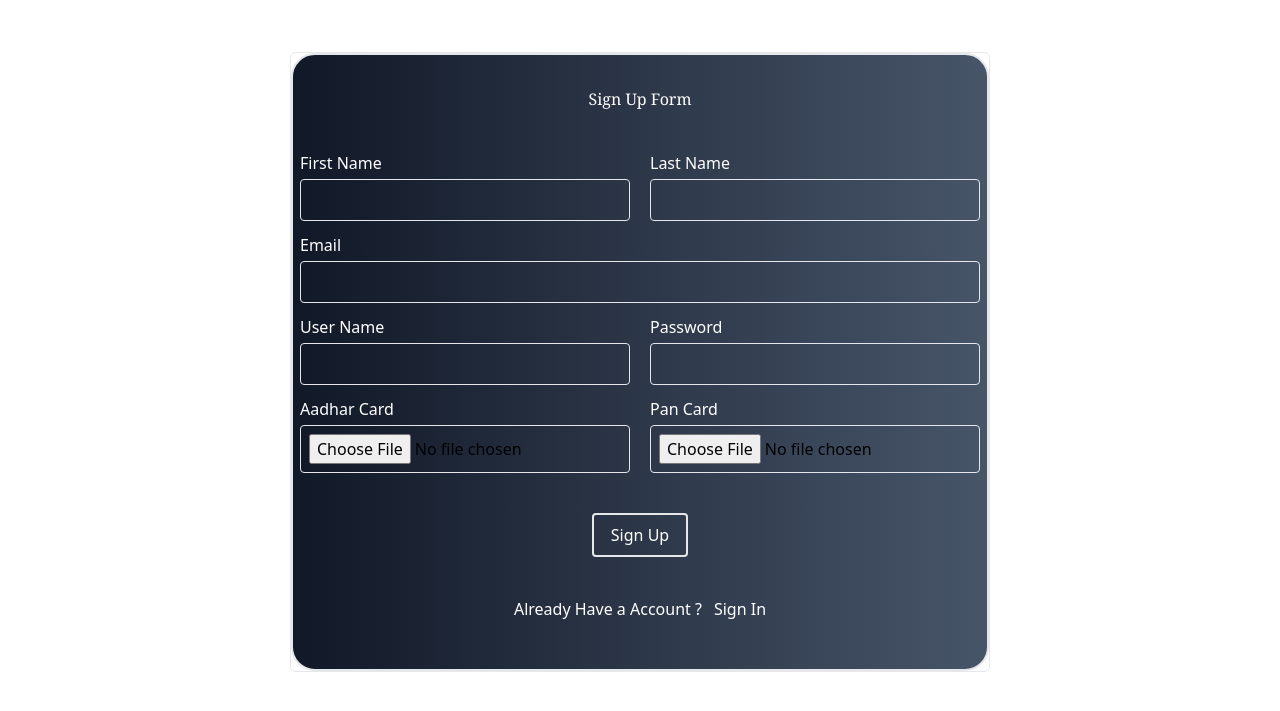
Repository: OmkarTidke8080/Assessment
Page: /sign-in (app in frontend/)
These files come from the project's save history. The page is drawn as it stood at one moment and after the next save; the edit follows.
The browser window is 1280 px wide. The pictures show the whole page.
The project was rebuilt for these pictures with package versions that can differ from the ones it lists, and the page was loaded fresh each time. Also part of the build but not shown: frontend/vite.config.js, frontend/src/components/HomePage.jsx.

Above is the page before, as saved 2024-10-19 18:52:34.

### frontend/src/App.jsx
import { useEffect, useState } from "react";
import "./App.css";
import LandingPage from "./components/HomePage.jsx";
import SignUp from "./components/SignUp.jsx";
import { BrowserRouter, Routes, Route } from "react-router-dom";
import ScaleLoader from "react-spinners/ScaleLoader";

function App() {
  const [isLoading, setIsLoading] = useState(true);

  useEffect(() => {
    const timer = setTimeout(() => {
      setIsLoading(false);
    }, 2000);

    return () => clearTimeout(timer);
  });
  return (
    <>
      {isLoading ? (
        <div
          style={{
            display: "flex",
            justifyContent: "center",
            alignItems: "center",
            height: "100vh",
            backgroundColor: "#fff",
          }}
        >
          {" "}
          <ScaleLoader />
        </div>
      ) : (
        <BrowserRouter>
          <Routes>
            <Route path={"/"} element={<LandingPage />} />
            <Route path={"/sign-up"} element={<SignUp />} />
            <Route path={"/sign-in"} element={<SignUp />} />
          </Routes>
        </BrowserRouter>
      )}
    </>
  );
}

export default App;

### frontend/src/components/SignUp.jsx
import React from "react";

function SignUp() {
  return (
    <>
      <div className="flex justify-center items-center mt-5">
        <div className="flex border  rounded-md h-[620px] w-[700px]">
          <div className="form border-2 rounded-3xl text-white w-full bg-gradient-to-r from-gray-900 to-slate-600 ">
            <div className="form-heading font-medium font-serif mt-8">
              <h1>Sign Up Form</h1>
            </div>
            <form>
              <div className="flex justify-center mt-10 ">
                <div>
                  <div className="flex w-full gap-x-5 ">
                    <div className="w-1/2">
                      <label htmlFor="username" className=" flex mb-1">
                        First Name
                      </label>
                      <input
                        type="text"
                        id="FistName"
                        className=" text-white bg-inherit  w-full flex border rounded p-2"
                        required
                      />
                    </div>
                    <div className="w-1/2">
                      <label htmlFor="password" className="flex mb-1">
                        Last Name
                      </label>
                      <input
                        type="text"
                        id="LastName"
                        className="text-black bg-inherit w-full flex border rounded p-2"
                        required
                      />
                    </div>
                  </div>

                  <div className="mt-3">
                    <label htmlFor="email" className=" flex mb-1">
                      Email
                    </label>
                    <input
                      type="text"
                      id="email"
                      className="text-black bg-inherit w-full flex border rounded p-2"
                      required
                    />
                  </div>
                  <div className="flex gap-x-5">
                    <div className="mt-3 w-1/2 ">
                      <label htmlFor="username" className=" flex mb-1">
                        User Name
                      </label>
                      <input
                        type="text"
                        id="FistName"
                        className="text-black bg-inherit w-full flex border rounded p-2"
                        required
                      />
                    </div>
                    <div className="mt-3 w-1/2">
                      <label htmlFor="username" className=" flex mb-1">
                        Password
                      </label>
                      <input
                        type="text"
                        id="FistName"
                        className="text-black bg-inherit w-full flex border rounded p-2"
                        required
                      />
                    </div>
                  </div>

                  <div className="flex  gap-x-5 mt-3">
                    <div>
                      <label htmlFor="username" className=" flex mb-1">
                        Aadhar Card
                      </label>
                      <input
                        type="file"
                        id="FistName"
                        className=" text-black bg-inherit flex border rounded p-2"
                        required
                      />
                    </div>
                    <div>
                      <label htmlFor="password" className="flex mb-1">
                        Pan Card
                      </label>
                      <input
                        type="file"
                        id="LastName"
                        className="text-black bg-inherit flex border rounded p-2"
                        required
                      />
                    </div>
                  </div>

                  <div className="sign-up-button m-10">
                    <button className="border-2 rounded p-2 w-24 ">
                      Sign Up
                    </button>
                  </div>
                  <div className="AlreadyAccount flex justify-center gap-x-3">
                    <h2>Already Have a Account ?</h2>
                    <button>Sign In</button>
                  </div>
                </div>
              </div>
            </form>
          </div>
        </div>
      </div>
    </>
  );
}

export default SignUp;

Loaded but not shown: frontend/index.html (common file); frontend/src/main.jsx (common file); frontend/src/index.css (common file); frontend/src/App.css (common file); frontend/tailwind.config.js (common file)

After the next save:
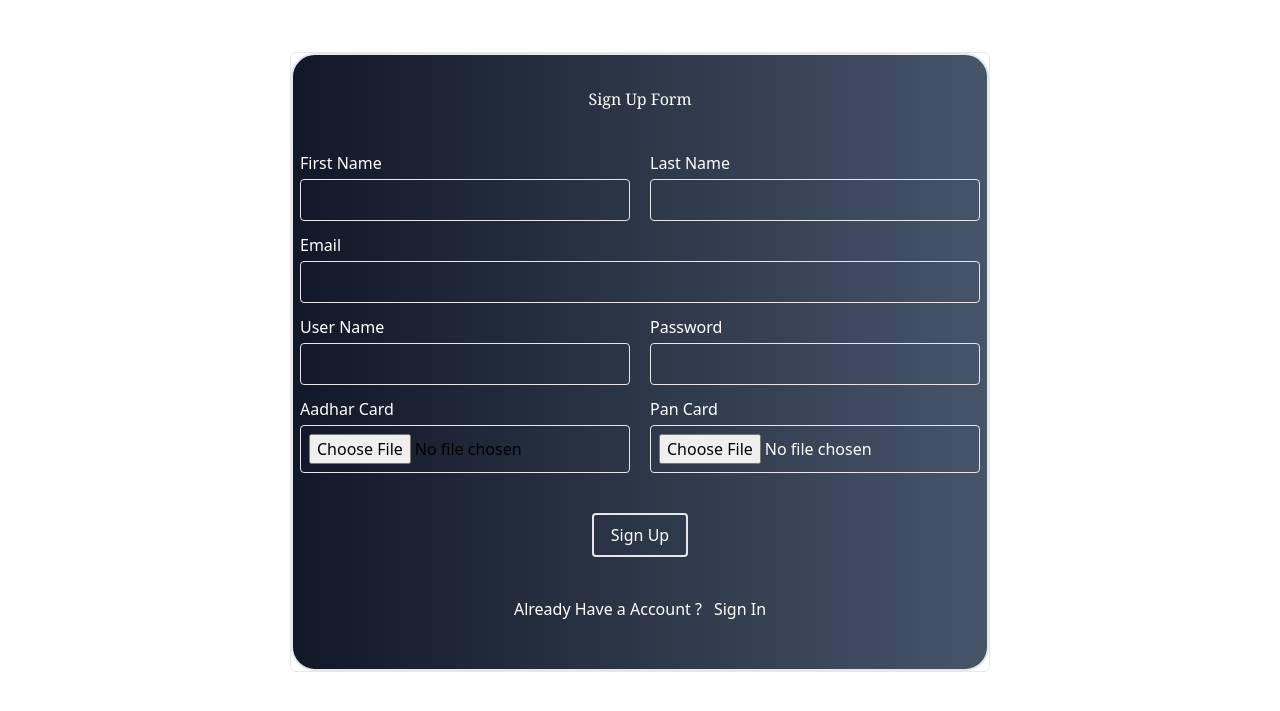
Saved 11 s later.
--- a/frontend/src/components/SignUp.jsx
+++ b/frontend/src/components/SignUp.jsx
@@ -92,7 +92,7 @@ function SignUp() {
                       <input
                         type="file"
                         id="LastName"
-                        className="text-black bg-inherit flex border rounded p-2"
+                        className="text-white bg-inherit flex border rounded p-2"
                         required
                       />
                     </div>
